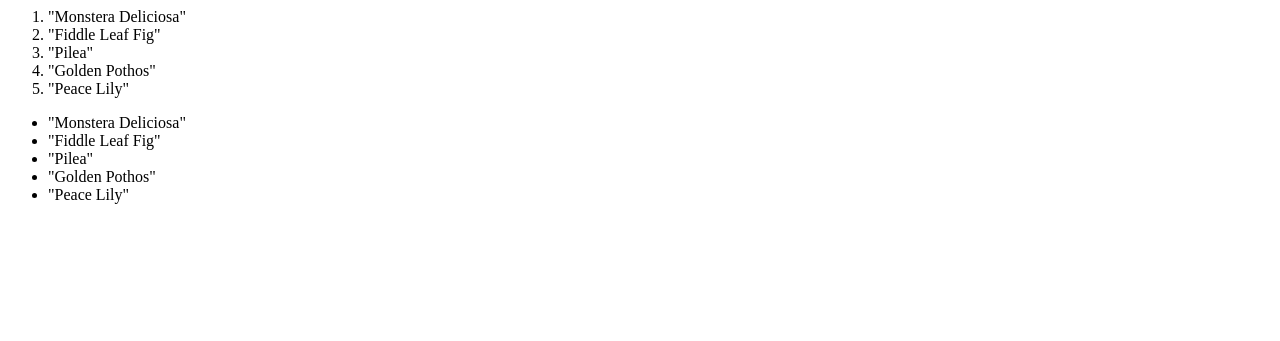
Repository: yusufmim/react-hooks-props-basics-lab
Page: my_list.html
An editor plug-in stored every save of this project. The page is shown before and after the next save, followed by the edit.
The browser window is 1280 px wide. The pictures show the whole page.

Above is the page before, as saved 2025-02-24 07:19:23.

After the next save:
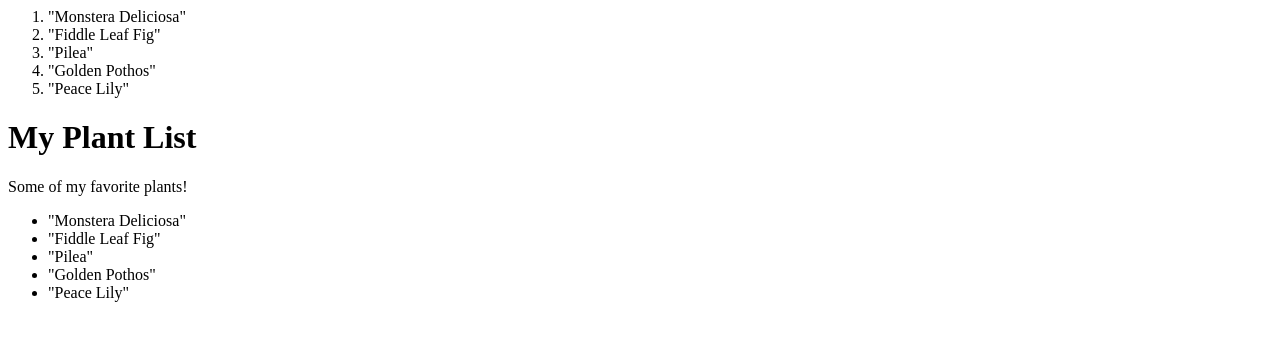
Saved 2 min 27 s later.
--- a/my_list.html
+++ b/my_list.html
@@ -7,6 +7,9 @@
     <li>"Peace Lily"</li>
 </ol>
 
+
+<h1>My Plant List</h1>
+<p>Some of my favorite plants!</p>
 <ul>
     <li>"Monstera Deliciosa"</li>
     <li>"Fiddle Leaf Fig"</li>
